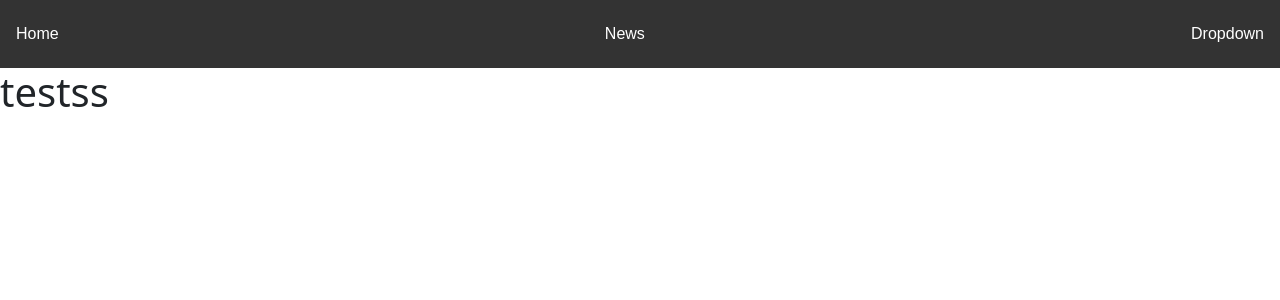
Repository: WaiMaungMaung/Mgr-site
Page: http://localhost/
An editor plug-in stored every save of this project. The page is shown before and after the next save, followed by the edit.
The browser window is 1280 px wide. The pictures show the whole page.
The page is served by the project's Laravel application, run on PHP 8.4 with Laravel 9.

Above is the page before, as saved 2022-04-06 09:37:10.

After the next save:
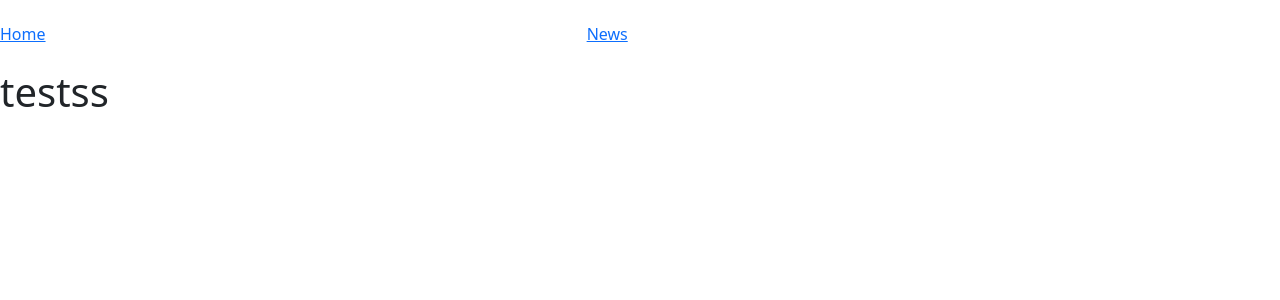
Saved 3 min 3 s later.
--- a/resources/views/layouts/app.blade.php
+++ b/resources/views/layouts/app.blade.php
@@ -14,14 +14,14 @@
 
     <title>Hello, world!</title>
     <style type="text/css">
-        .navbar {
+        .navbar1 {
             overflow: hidden;
             background-color: #333;
             font-family: Arial;
         }
 
         /* Links inside the navbar */
-        .navbar a {
+        .navbar1 a {
             float: left;
             font-size: 16px;
             color: white;
@@ -51,7 +51,7 @@
         }
 
         /* Add a red background color to navbar links on hover */
-        .navbar a:hover,
+        .navbar1 a:hover,
         .dropdown:hover .dropbtn {
             background-color: red;
         }
